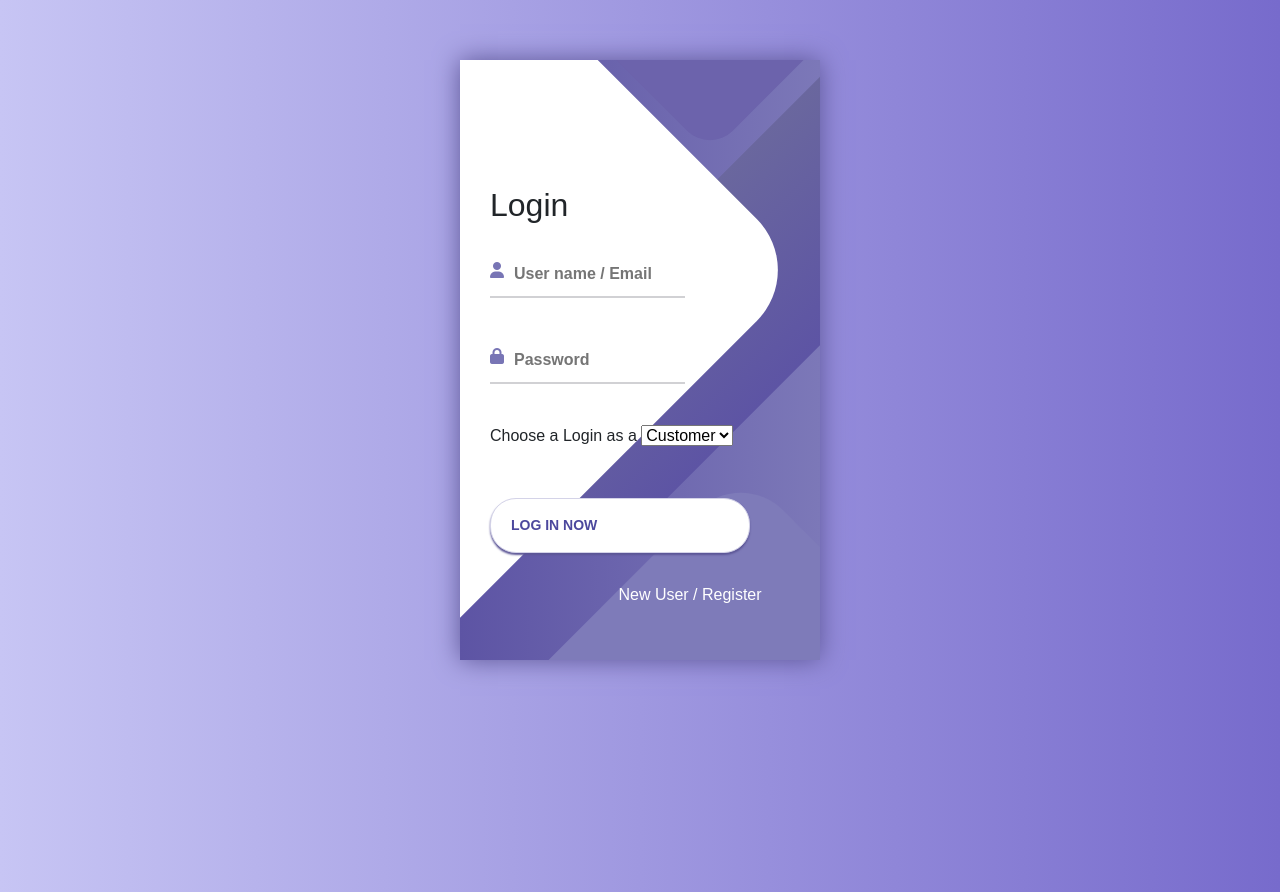
Repository: Raviraj39/SuperSaving-Online-Supermarket-Website
Page: http://localhost/Super_market/Login.jsp
These files come from the project's save history. The page is drawn as it stood at one moment and after the next save; the edit follows.
The browser window is 1280 px wide. The pictures show the whole page.
Some web fonts or font styles are not loaded; a fallback is used. The page is served by Tomcat 9. Other server files are loaded and not shown.

Above is the page before, as saved 2023-12-23 19:55:23.

### Super_market/src/main/webapp/Login.jsp
<%@ page language="java" contentType="text/html; charset=ISO-8859-1" pageEncoding="ISO-8859-1" %>
	<!DOCTYPE html>
	<html>
	<head>
		<meta charset="ISO-8859-1">
		<title>SuperSaving Supermarket</title>
		<link rel="stylesheet" href="./css/login.css">
		<link rel="stylesheet" href="https://cdnjs.cloudflare.com/ajax/libs/font-awesome/6.5.1/css/all.min.css" integrity="sha512-DTOQO9RWCH3ppGqcWaEA1BIZOC6xxalwEsw9c2QQeAIftl+Vegovlnee1c9QX4TctnWMn13TZye+giMm8e2LwA==" crossorigin="anonymous" referrerpolicy="no-referrer" />
		<link href="https://cdn.jsdelivr.net/npm/bootstrap@5.2.3/dist/css/bootstrap.min.css" rel="stylesheet"
		integrity="sha384-rbsA2VBKQhggwzxH7pPCaAqO46MgnOM80zW1RWuH61DGLwZJEdK2Kadq2F9CUG65" crossorigin="anonymous">
	</head>
	<body>
		<div class="container">
			<div class="screen">
				<div class="screen__content">

					<form class="login" action="Servlet1" method="post">
						<div>
						<h2>Login</h2>
						</div>
						<div class="login__field">
							<i class="login__icon fas fa-user"></i>
							<input type="text" class="login__input" name="username" placeholder="User name / Email">
						</div>
						<div class="login__field">
							<i class="login__icon fas fa-lock"></i>
							<input type="password" class="login__input" name="password" placeholder="Password">
						</div>
						<div class="login__field">
							<label for="loginas">Choose a Login as a</label>

							<select name="loginas" id="loginas">
							  <option value="customer">Customer</option>
							  <option value="admin">Admin</option>
							  </select>
						</div>

						<button class="button login__submit" type="submit">
							<span class="button__text" >Log In Now</span>
						</button>

					</form>
					<%
					String msg=request.getParameter("msg");

					if("done".equals(msg)){
				%>

				<p class="alert">login successfully!!!</p>

				<% }%>
				<%
				if("wrong".equals(msg)){
				%>

			<p class="alert">Some thing went wrong! Try Again!</p>

				<% }%>
					<div class="social-login">
						<p><a href="./Register.jsp">New User / Register</a> </p>
					</div>
				</div>
				<div class="screen__background">
					<span class="screen__background__shape screen__background__shape4"></span>
					<span class="screen__background__shape screen__background__shape3"></span>
					<span class="screen__background__shape screen__background__shape2"></span>
					<span class="screen__background__shape screen__background__shape1"></span>
				</div>
			</div>
		</div>
		<script src="https://cdn.jsdelivr.net/npm/@popperjs/core@2.11.6/dist/umd/popper.min.js"
		integrity="sha384-oBqDVmMz9ATKxIep9tiCxS/Z9fNfEXiDAYTujMAeBAsjFuCZSmKbSSUnQlmh/jp3"
		crossorigin="anonymous"></script>
	<script src="https://cdn.jsdelivr.net/npm/bootstrap@5.2.3/dist/js/bootstrap.min.js"
		integrity="sha384-cuYeSxntonz0PPNlHhBs68uyIAVpIIOZZ5JqeqvYYIcEL727kskC66kF92t6Xl2V"
		crossorigin="anonymous"></script>

	</body>
	</html>

### Super_market/src/main/webapp/css/login.css
@import url('https://fonts.googleapis.com/css?family=Raleway:400,700');

* {
	box-sizing: border-box;
	margin: 0;
	padding: 0;
	font-family: Raleway, sans-serif;
}

body {
	background: linear-gradient(90deg, #C7C5F4, #776BCC);
}

.container {
	display: flex;
	align-items: center;
	justify-content: center;
	min-height: 100vh;
}

.screen {
	background: linear-gradient(90deg, #5D54A4, #7C78B8);
	position: relative;
	height: 600px;
	width: 360px;
	box-shadow: 0px 0px 24px #5C5696;
}

.screen__content {
	z-index: 1;
	position: relative;
	height: 100%;
}

.screen__background {
	position: absolute;
	top: 0;
	left: 0;
	right: 0;
	bottom: 0;
	z-index: 0;
	-webkit-clip-path: inset(0 0 0 0);
	clip-path: inset(0 0 0 0);
}

.screen__background__shape {
	transform: rotate(45deg);
	position: absolute;
}

.screen__background__shape1 {
	height: 520px;
	width: 520px;
	background: #FFF;
	top: -50px;
	right: 120px;
	border-radius: 0 72px 0 0;
}

.screen__background__shape2 {
	height: 220px;
	width: 220px;
	background: #6C63AC;
	top: -172px;
	right: 0;
	border-radius: 32px;
}

.screen__background__shape3 {
	height: 540px;
	width: 190px;
	background: linear-gradient(270deg, #5D54A4, #6A679E);
	top: -24px;
	right: 0;
	border-radius: 32px;
}

.screen__background__shape4 {
	height: 400px;
	width: 200px;
	background: #7E7BB9;
	top: 420px;
	right: 50px;
	border-radius: 60px;
}

.login {
	width: 320px;
	padding: 30px;
	padding-top: 126px;

}

.login__field {
	padding: 20px 0px;
	position: relative;
}

.login__icon {
	position: absolute;
	top: 30px;
	color: #7875B5;
}

.login__input {
	border: none;
	border-bottom: 2px solid #D1D1D4;
	background: none;
	padding: 10px;
	padding-left: 24px;
	font-weight: 700;
	width: 75%;
	transition: .2s;
}

.login__input:active,
.login__input:focus,
.login__input:hover {
	outline: none;
	border-bottom-color: #6A679E;
}

.login__submit {
	background: #fff;
	font-size: 14px;
	margin-top: 30px;
	padding: 16px 20px;
	border-radius: 26px;
	border: 1px solid #D4D3E8;
	text-transform: uppercase;
	font-weight: 700;
	display: flex;
	align-items: center;
	width: 100%;
	color: #4C489D;
	box-shadow: 0px 2px 2px #5C5696;
	cursor: pointer;
	transition: .2s;
}

.login__submit:active,
.login__submit:focus,
.login__submit:hover {
	border-color: #6A679E;
	outline: none;
}

.button__icon {
	font-size: 24px;
	margin-left: auto;
	color: #7875B5;
}

.social-login {
	text-align: center;
	margin-left: 100px;
	color: #fff;
}

.social-login p a{
	text-decoration:none;
	color: #fff;

}

After the next save:
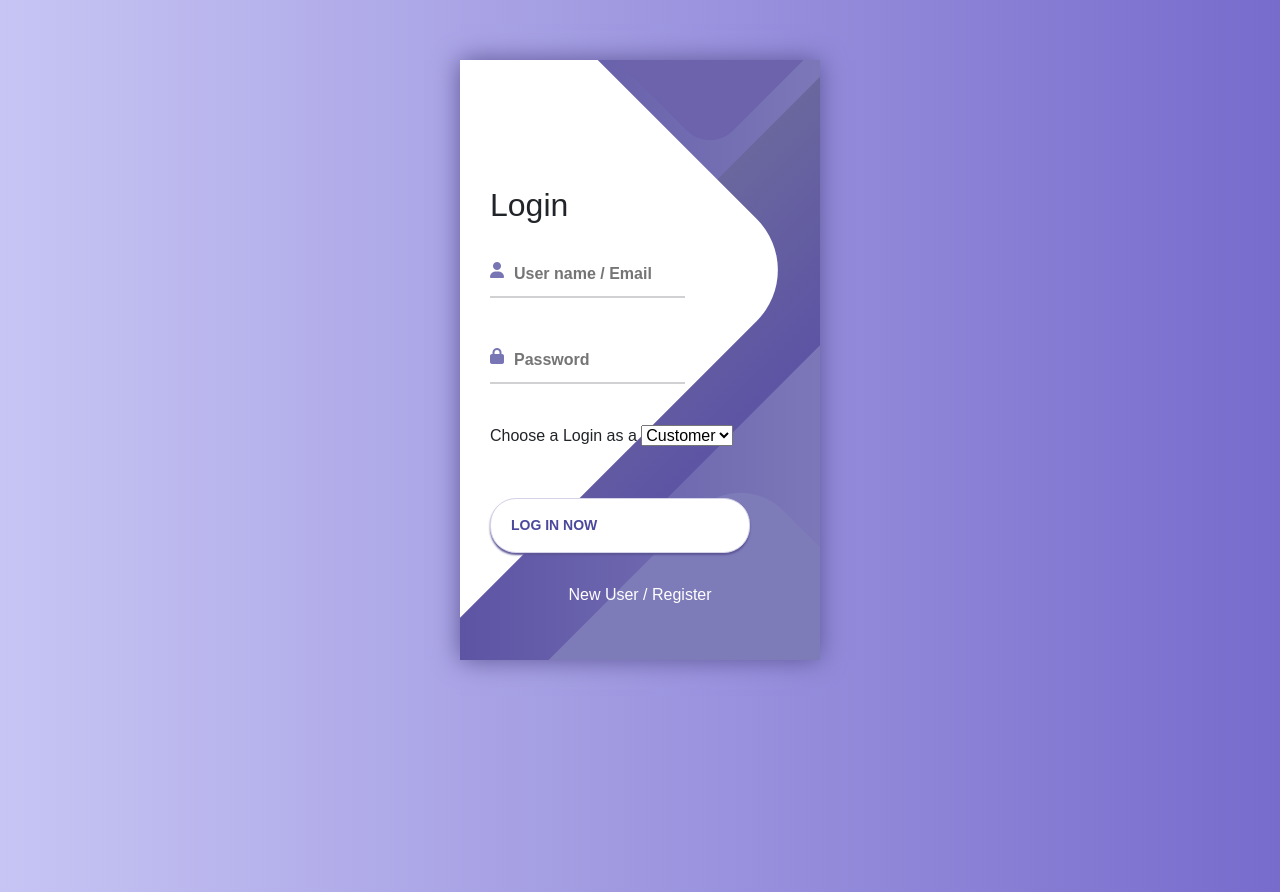
Saved 28 s later.
--- a/Super_market/src/main/webapp/css/login.css
+++ b/Super_market/src/main/webapp/css/login.css
@@ -153,7 +153,6 @@
 
 .social-login {
 	text-align: center;
-	margin-left: 100px;
 	color: #fff;
 }
 

After the save that followed:
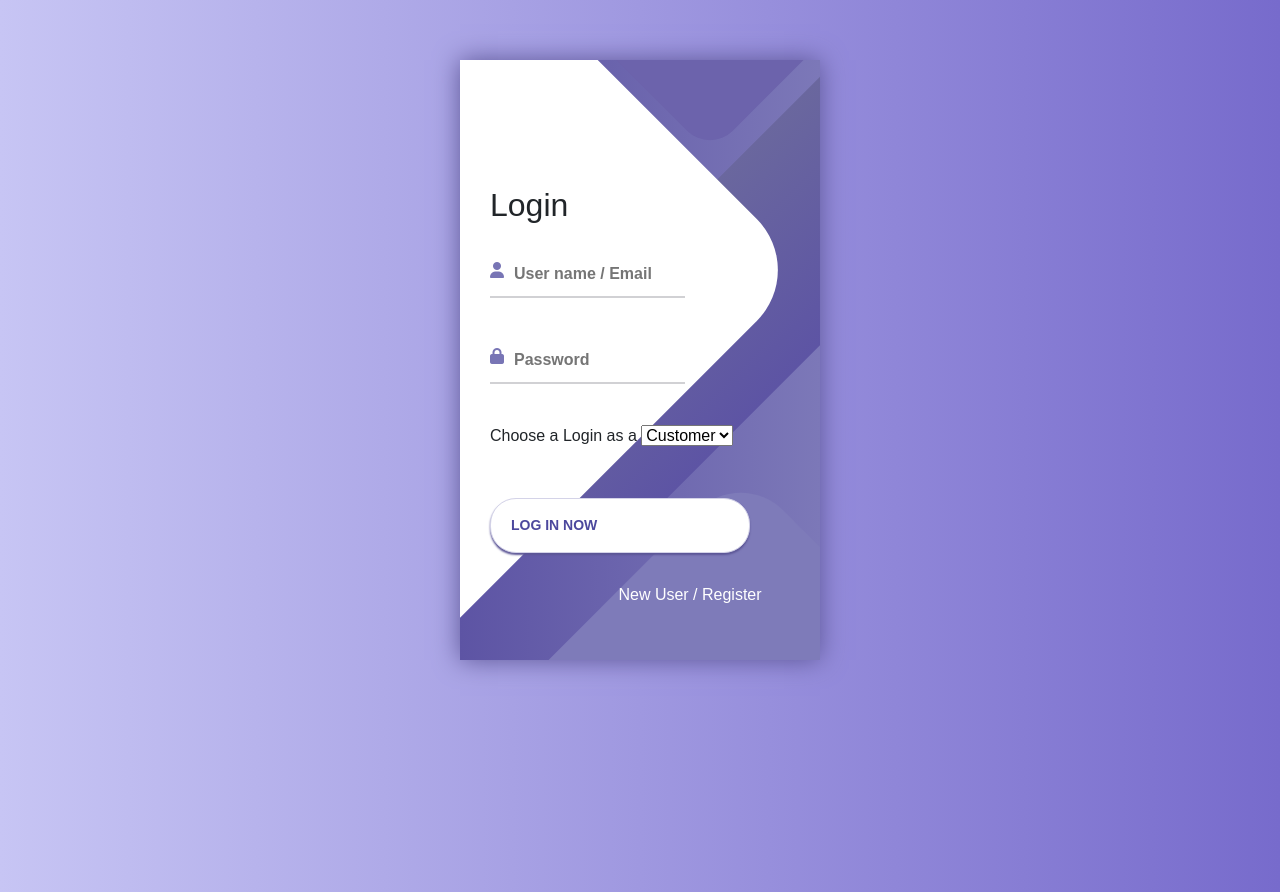
Saved 16 s later.
--- a/Super_market/src/main/webapp/css/login.css
+++ b/Super_market/src/main/webapp/css/login.css
@@ -153,6 +153,7 @@
 
 .social-login {
 	text-align: center;
+	margin-left: 100px;
 	color: #fff;
 }
 
